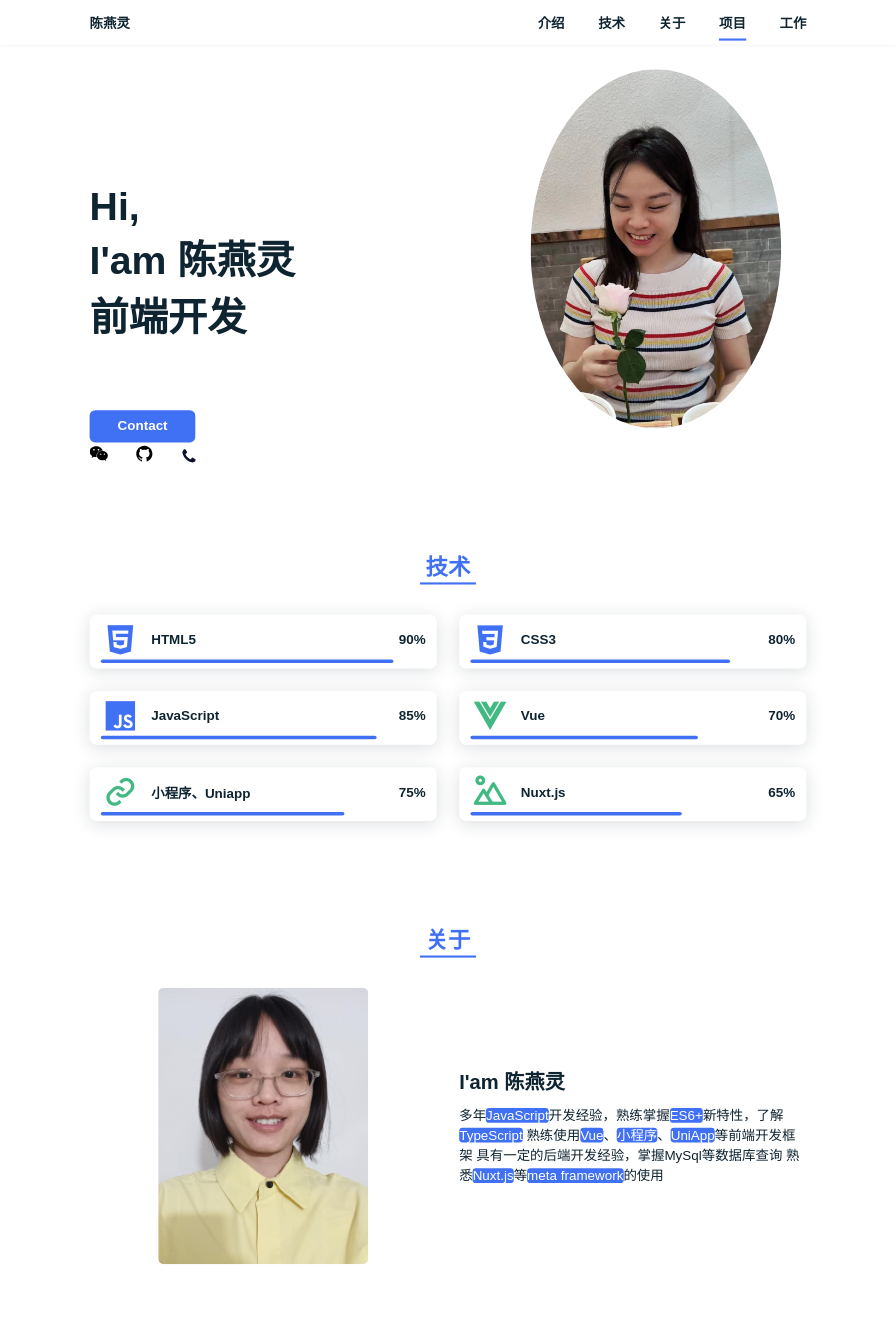
Repository: alinlinbo/yanling-resume-site
Page: index.html
An editor plug-in stored every save of this project. The page is shown before and after the next save, followed by the edit.
The browser window is 1280 px wide. The pictures show the part of the page from y = 0 to 1920 px (the page is 3770 px tall), at 70% of full size.

Above is the page before, as saved 2023-09-18 17:46:09.

### index.html
<!DOCTYPE html>
<html lang="en">

<head>
    <meta charset="UTF-8">
    <meta name="viewport" content="width=device-width, initial-scale=1.0">

    <link rel="stylesheet" href="assets/css/style.css">
    <link href='https://unpkg.com/boxicons@2.1.4/css/boxicons.min.css' rel='stylesheet'>
    <link rel="stylesheet" href="https://cdnjs.cloudflare.com/ajax/libs/font-awesome/5.15.4/css/all.min.css" />
    <title>陈燕灵简历网站</title>

</head>

<body>
    <!-- header -->

    <header class="l-header">
        <nav class="nav bd-grid">
            <div>
                <a href="#" class="nav__logo">陈燕灵</a>
            </div>

            <div class="nav__menu" id="nav-menu">
                <ul class="nav__list">
                    <li class="nav__item">
                        <a href="#home" class="nav__link active">介绍</a>
                    </li>
                    <li class="nav__item">
                        <a href="#skills" class="nav__link">技术</a>
                    </li>
                    <li class="nav__item">
                        <a href="#about" class="nav__link">关于</a>
                    </li>
                    <li class="nav__item">
                        <a href="#project" class="nav__link">项目</a>
                    </li>
                    <li class="nav__item">
                        <a href="#work" class="nav__link">工作</a>
                    </li>

                    <!-- <li class="nav__item">
                        <a href="#contact" class="nav__link">Contact</a>
                    </li> -->
                </ul>
            </div>
            <div class="nav__toggle" id="nav-toggle">
                <svg class="icon svg-icon" aria-hidden="true">
                    <use xlink:href="#icon-list"></use>
                </svg>
            </div>
        </nav>
    </header>

    <main class="l-main">
        <!-- hrme -->
        <section class="home section bd-grid" id="home">
            <div class="home__data">
                <h1 class="home__title">
                    Hi,<br>I'am <span class="home__title-color">陈燕灵</span><br> 前端开发
                </h1>
                <h1 class="phone">电话：15919213326</h1>
                <a href="#" style="position: relative; z-index: 10;" class="button" id="contact">Contact</a>
                <div class="home__social-iconlist">
                    <a href="#" class="home__social-icon" id="wechat">
                        <svg class="svg-icon-home icon" aria-hidden="true">
                            <use xlink:href="#icon-weixin"></use>
                        </svg>
                    </a>

                    <a href="#" class="home__social-icon">
                        <svg class="svg-icon-home icon" aria-hidden="true">
                            <use xlink:href="#icon-github-fill"></use>
                        </svg>
                    </a>
                    <a href="#" class="home__social-icon">
                        <svg class="svg-icon-home svg-icon icon" aria-hidden="true">
                            <use xlink:href="#icon-phone"></use>
                        </svg>
                    </a>
                </div>
            </div>
            <!-- <div class="home__social">
                <div class="home__social-iconlist">
                    <a href="#" class="home__social-icon" id="wechat">
                        <svg class="svg-icon-home icon" aria-hidden="true">
                            <use xlink:href="#icon-weixin"></use>
                        </svg>
                    </a>

                    <a href="#" class="home__social-icon">
                        <svg class="svg-icon-home icon" aria-hidden="true">
                            <use xlink:href="#icon-github-fill"></use>
                        </svg>
                    </a>
                    <a href="#" class="home__social-icon">
                        <svg class="svg-icon-home svg-icon icon" aria-hidden="true">
                            <use xlink:href="#icon-phone"></use>
                        </svg>
                    </a>
                </div>
                <div class=" home__code">
                    <img src="assets/img/wechat_code.png" alt="">
                </div>
            </div> -->

            <div class="home__img">
                <img class="home__img" src="assets/img/head1.jpg" alt="">
            </div>
        </section>

        <section class="skills section" id="skills">
            <h2 class="section-title">技术</h2>

            <div class="project__container bd-grid">
                <div class="skills__data">
                    <div class="skills__item">
                        <div class="skill__introduce">
                            <div class="skills__intr__r">
                                <i class='bx bxl-html5 skills__icon'></i><span>HTML5</span>
                            </div>

                            <div class="skills__bar">90%</div>
                        </div>

                        <div class="skills__line skills__line90"></div>
                    </div>
                </div>
                <div class="skills__data">
                    <div class="skills__item">
                        <div class="skill__introduce">
                            <div class="skills__intr__r">
                                <i class='bx bxl-css3 skills__icon'></i><span>CSS3</span>
                            </div>

                            <div class="skills__bar">80%</div>
                        </div>

                        <div class="skills__line80 skills__line"></div>
                    </div>
                </div>
                <div class="skills__data">
                    <div class="skills__item">
                        <div class="skill__introduce">
                            <div class="skills__intr__r">
                                <i class='bx bxl-javascript skills__icon'></i><span>JavaScript</span>
                            </div>

                            <div class="skills__bar">85%</div>
                        </div>

                        <div class="skills__line85 skills__line"></div>
                    </div>
                </div>
                <div class="skills__data">
                    <div class="skills__item">
                        <div class="skill__introduce">
                            <div class="skills__intr__r">
                                <i class='bx bxl-vuejs skills__icon color-vue'></i><span>Vue</span>
                            </div>

                            <div class="skills__bar">70%</div>
                        </div>

                        <div class="skills__line70 skills__line"></div>
                    </div>
                </div>
                <div class="skills__data">
                    <div class="skills__item">
                        <div class="skill__introduce">
                            <div class="skills__intr__r">
                                <i class='bx bx-link skills__icon color-vue'></i><span>小程序、Uniapp</span>
                            </div>

                            <div class="skills__bar">75%</div>
                        </div>

                        <div class=" skills__line skills__line75"></div>
                    </div>
                </div>
                <div class="skills__data">
                    <div class="skills__item">
                        <div class="skill__introduce">
                            <div class="skills__intr__r">
                                <i class='bx bx-landscape skills__icon color-vue'></i><span>Nuxt.js</span>
                            </div>

                            <div class="skills__bar">65%</div>
                        </div>

                        <div class=" skills__line skills__line65"></div>
                    </div>
                </div>
            </div>
        </section>
        <section class="about section" id="about">
            <h2 class="section-title">关于</h2>
            <div class="about__container bd-grid">
                <div class="about__img">
                    <img src="assets/img/about.jpg" alt="">
                </div>
                <div>
                    <h2 class="about__subtitle">I'am 陈燕灵</h2>
                    <p class="about__text">
                        多年<span>JavaScript</span>开发经验，熟练掌握<span>ES6+</span>新特性，了解<span>TypeScript</span>
                        熟练使用<span>Vue</span>、<span>小程序</span>、<span>UniApp</span>等前端开发框架
                        具有一定的后端开发经验，掌握<soan>MySql</soan>等数据库查询
                        熟悉<span>Nuxt.js</span>等<span>meta framework</span>的使用</p>
                </div>
        </section>

        <section class="project section" id="project">
            <h2 class="section-title">项目</h2>
            <div class="project__container bd-grid">
                <div class="project__data">
                    <div class="project__item">
                        <h2 class="project__subtitle">个人线上简历</h2>
                        <span class="project__text">使用Css和JavaScript开发的个人线上简历，利用媒体查询和Rem特性同时适配了PC端和移动端，且实现了一些动画</span>
                    </div>
                </div>
                <div class="project__data">
                    <div class="project__item">
                        <h2 class="project__subtitle">润通联合云管家</h2>
                        <span
                            class="project__text">基于uniapp框架开发的微信小程序的缴费小程序。实现了缴费、房屋管理、报修管理等模块的页面、接口对接以及交互。以及axios封装和导航栏等公用组件的封装。</span>
                    </div>
                </div>
                <div class="project__data">
                    <div class="project__item">
                        <h2 class="project__subtitle">寺院后台管理系统</h2>
                        <span
                            class="project__text">使用jq，bootstrap和vue开发的寺院后台管理系统，实现了文章管理，用户管理,项目管理等模块前端页面的编写与接口的对接，在项目中对ajax请求进行封装，为接口调用添加了拦截器和loading动画，有效减少代码量并提高开发效率</span>
                    </div>
                </div>
                <div class="project__data">
                    <div class="project__item">
                        <h2 class="project__subtitle">寺院公众号项目</h2>
                        <span
                            class="project__text">使用jq开发的微信公众号微站，实现了首页，详情页，我的页面等的接口对接及样式修改，针对业务场景封装底部及顶部导航栏、头部返回等公用组件，提高代码复用</span>
                    </div>
                </div>
                <div class="project__data">
                    <div class="project__item">
                        <h2 class="project__subtitle">1983抽盒机</h2>
                        <span
                            class="project__text">基于原生微信小程序、支付宝小程序商城，项目使用小程序自带的组件，完成了优惠券红包领取、活动页主页、海报分享、抽盲盒等模块的接口对接及样式修改</span>
                    </div>
                </div>
                <div class="project__data">
                    <div class="project__item">
                        <h2 class="project__subtitle">新八佰伴等商城小程序</h2>
                        <span
                            class="project__text">基于uni-app框架开发的微信小程序商城，项目使用uview组件和uni-app自带的组件，完成了购物、详情、提交订单等模块的接口对接及样式修改</span>
                    </div>
                </div>
                <div class="project__data">
                    <div class="project__item">
                        <h2 class="project__subtitle">系统中台</h2>
                        <span class="project__text">基于vue框架，使用ant design组件开发的业务中台,完成商家参数、进口报关模块的交互与接口对接</span>
                    </div>
                </div>
                <div class="project__data">
                    <div class="project__item">
                        <h2 class="project__subtitle">商城管理后台</h2>
                        <span
                            class="project__text">使用vue框架和element-ui开发的商城管理后台，实现了优惠券、文章管理、会员管理等模块部分接口对接与前端小程序页面的编写</span>
                    </div>
                </div>
        </section>

        <section class="work section" id="work">
            <h2 class="section-title">工作</h2>
            <div class="work__container bd-grid">

                <div class="work__data">
                    <div class="work__name">
                        <i class='bx bx-buildings work__icon'></i>
                        <span class="work__name">珠海齐润科技有限公司</span>
                    </div>
                    <div class="work__name">
                        <i class='bx bxs-briefcase-alt-2 work__icon'></i>
                        <span class="work__name">负责使用 Uniapp 开发小程序，以及使用 Vue 开发后台项目。</span>
                    </div>
                    <div class="work__name">
                        <i class='bx bx-time-five work__icon'></i>
                        <span class="work__name">2022-08~2022-01</span>
                    </div>
                </div>
                <div class="work__data">
                    <div class="work__name">
                        <i class='bx bx-buildings work__icon'></i>
                        <span class="work__name">珠海唐佛科技有限公司</span>
                    </div>
                    <div class="work__name">
                        <i class='bx bxs-briefcase-alt-2 work__icon'></i>
                        <span class="work__name">负责使用vue和jquery开发微信公众号、微站和后台管理。</span>
                    </div>
                    <div class="work__name">
                        <i class='bx bx-time-five work__icon'></i>
                        <span class="work__name">2021-03~2022-07</span>
                    </div>
                </div>
                <div class="work__data">
                    <div class="work__name">
                        <i class='bx bx-buildings work__icon'></i>
                        <span class="work__name">珠海横琴智恒运通网络科技</span>
                    </div>
                    <div class="work__name">
                        <i class='bx bxs-briefcase-alt-2 work__icon'></i>
                        <span class="work__name">负责使用 Uniapp 开发小程序，以及使用 Vue 开发后台项目。</span>
                    </div>
                    <div class="work__name">
                        <i class='bx bx-time-five work__icon'></i>
                        <span class="work__name">2020-11~2021-02</span>
                    </div>
                </div>

            </div>
        </section>
        <!-- <section class="contact section" id="contact">
            <h2 class="section-title">Contact</h2>
            <div class="contact__container bd-grid">
                <form action="" class="contact__form">
                    <input type="text" placeholder="Name" class="contact__input">
                    <input type="email" placeholder="Email" class="contact__input">
                    <label for="contact-message"></label>
                    <textarea id="contact-message" name="message" cols="30" rows="10" class="contact__input"></textarea>

                    <input type="button" value="Enviar" class="contact__button button">
                </form>
            </div>
        </section> -->

    </main>

    <footer class="footer">
        <p class="footer__title">陈燕灵</p>
        <div style="display: none;" class="footer__social">
            <a href="#" class="footer__icon"><i class='bx bxl-facebook'></i></a>
            <a href="#" class="footer__icon"><i class='bx bxl-instagram'></i></a>
            <a href="#" class="footer__icon"><i class='bx bxl-twitter'></i></a>
        </div>
        <p>&#169;2023 copyright</p>
    </footer>
    <script src="https://unpkg.com/scrollreveal"></script>
    <script src="assets/js/main.js"></script>
    <script src="assets/js/iconfont.js"></script>
</body>

</html>

Loaded but not shown: assets/js/iconfont.js (library); assets/js/main.js (159 lines, source omitted); assets/css/style.css (808 lines, source omitted)

After the next save:
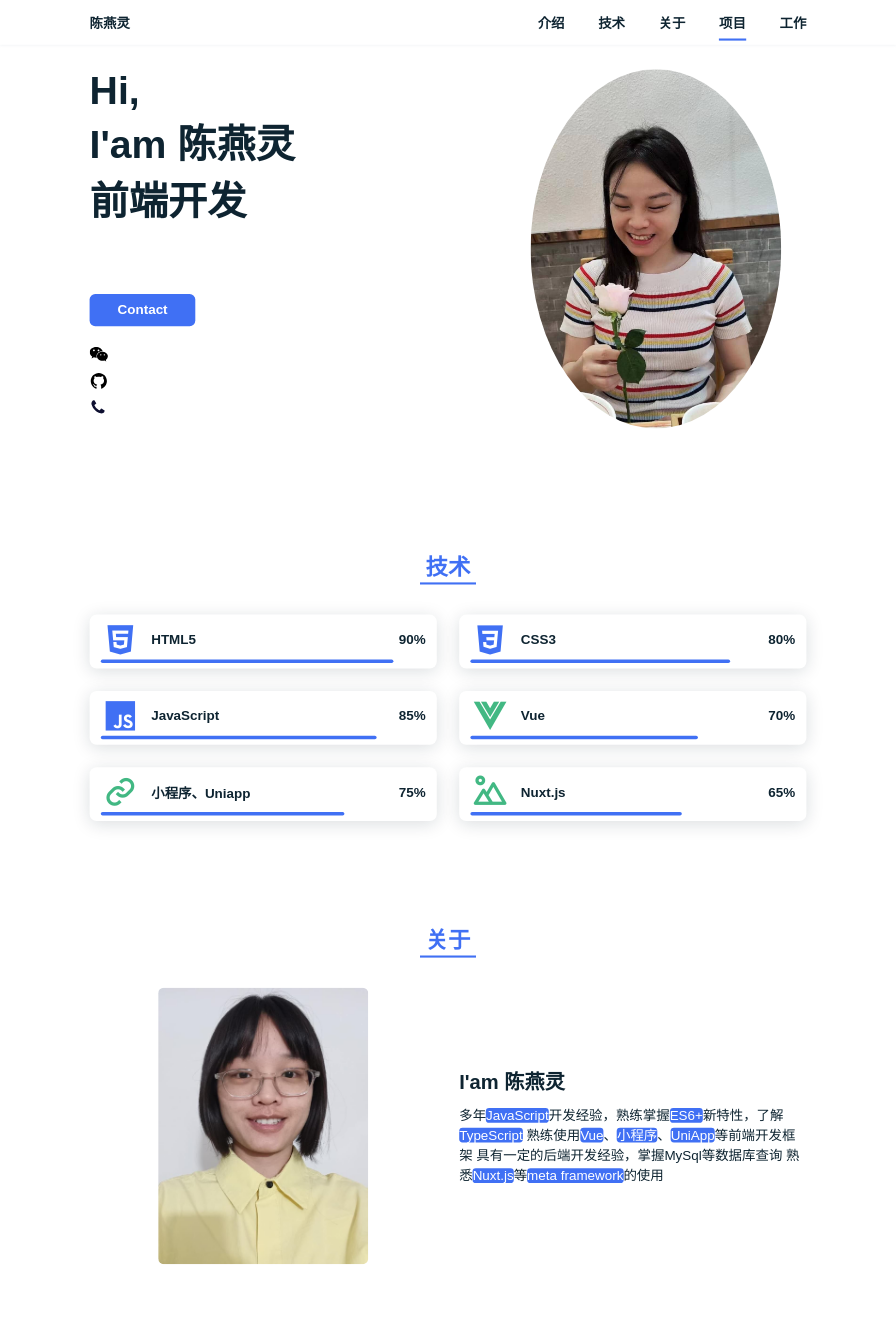
Saved 1 s later.
--- a/index.html
+++ b/index.html
@@ -61,48 +61,28 @@
                 </h1>
                 <h1 class="phone">电话：15919213326</h1>
                 <a href="#" style="position: relative; z-index: 10;" class="button" id="contact">Contact</a>
-                <div class="home__social-iconlist">
-                    <a href="#" class="home__social-icon" id="wechat">
-                        <svg class="svg-icon-home icon" aria-hidden="true">
-                            <use xlink:href="#icon-weixin"></use>
-                        </svg>
-                    </a>
-
-                    <a href="#" class="home__social-icon">
-                        <svg class="svg-icon-home icon" aria-hidden="true">
-                            <use xlink:href="#icon-github-fill"></use>
-                        </svg>
-                    </a>
-                    <a href="#" class="home__social-icon">
-                        <svg class="svg-icon-home svg-icon icon" aria-hidden="true">
-                            <use xlink:href="#icon-phone"></use>
-                        </svg>
-                    </a>
-                </div>
-            </div>
-            <!-- <div class="home__social">
-                <div class="home__social-iconlist">
-                    <a href="#" class="home__social-icon" id="wechat">
-                        <svg class="svg-icon-home icon" aria-hidden="true">
-                            <use xlink:href="#icon-weixin"></use>
-                        </svg>
-                    </a>
-
-                    <a href="#" class="home__social-icon">
-                        <svg class="svg-icon-home icon" aria-hidden="true">
-                            <use xlink:href="#icon-github-fill"></use>
-                        </svg>
-                    </a>
-                    <a href="#" class="home__social-icon">
-                        <svg class="svg-icon-home svg-icon icon" aria-hidden="true">
-                            <use xlink:href="#icon-phone"></use>
-                        </svg>
-                    </a>
-                </div>
+            </div>
+            <div class="home__social">
+                <a href="#" class="home__social-icon" id="wechat">
+                    <svg class="svg-icon-home icon" aria-hidden="true">
+                        <use xlink:href="#icon-weixin"></use>
+                    </svg>
+                </a>
+
+                <a href="#" class="home__social-icon">
+                    <svg class="svg-icon-home icon" aria-hidden="true">
+                        <use xlink:href="#icon-github-fill"></use>
+                    </svg>
+                </a>
+                <a href="#" class="home__social-icon">
+                    <svg class="svg-icon-home svg-icon icon" aria-hidden="true">
+                        <use xlink:href="#icon-phone"></use>
+                    </svg>
+                </a>
                 <div class=" home__code">
                     <img src="assets/img/wechat_code.png" alt="">
                 </div>
-            </div> -->
+            </div>
 
             <div class="home__img">
                 <img class="home__img" src="assets/img/head1.jpg" alt="">
